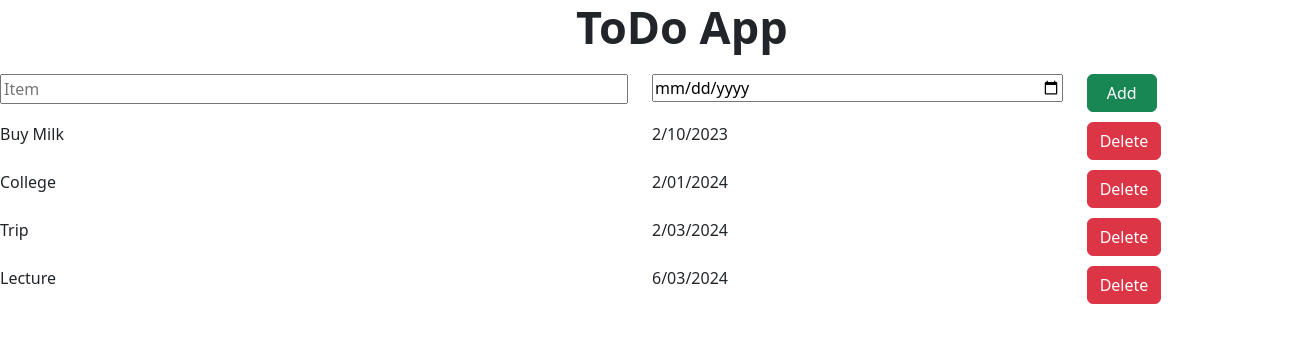
Repository: aditya-jha-kumar/To-Do-List-ReactApp
Page: /
An editor plug-in stored every save of this project. The page is shown before and after a run of saves, followed by the edit.
The browser window is 1280 px wide. The page is 1292 px wide, then 1280 px, then 1292 px, so the pictures cover 1292 px, including what lies to the right of the window. The pictures show the whole page.
The project was rebuilt for these pictures with package versions that can differ from the ones it lists, and the page was loaded fresh each time. Also part of the build but not shown: vite.config.js, src/components/WelcomeMessage.jsx.

Above is the page before, as saved 2023-12-10 02:47:50.

After the next 2 saves:
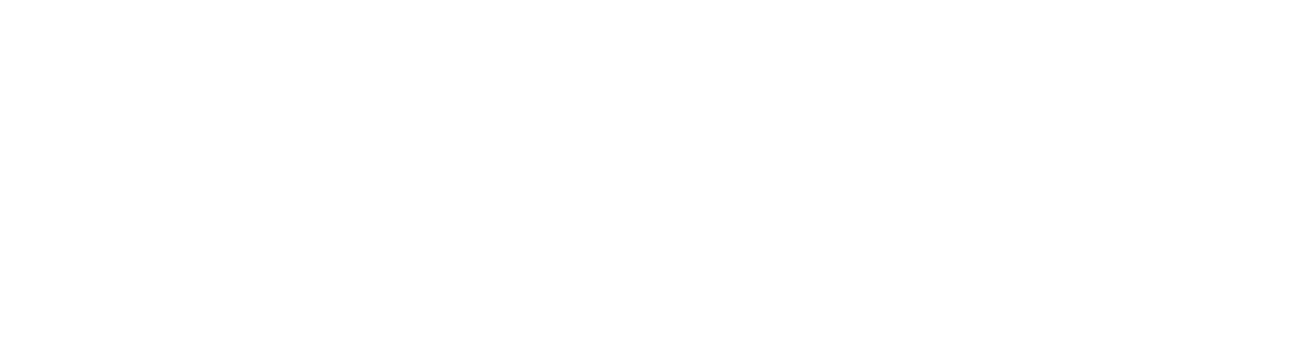
Console error: ReferenceError: initialTodoItems is not defined
The 2 saves are shown as one change because they came seconds apart.
The last was saved 39 s later.
--- a/src/App.jsx
+++ b/src/App.jsx
@@ -5,24 +5,6 @@
 import "./App.css";
 import { useState } from "react";
 function App() {
-  const initialTodoItems = [
-    {
-      name: "Buy Milk",
-      dueDate: "2/10/2023",
-    },
-    {
-      name: "College",
-      dueDate: "2/01/2024",
-    },
-    {
-      name: "Trip",
-      dueDate: "2/03/2024",
-    },
-    {
-      name: "Lecture",
-      dueDate: "6/03/2024",
-    },
-  ];
   const [todoItems, setTodoItems] = useState(initialTodoItems);
   const handleNewItem = (itemName, itemDueDate) => {
     console.log(`New Item Added : ${itemName}, Date : ${itemDueDate}`);

After the save that followed:
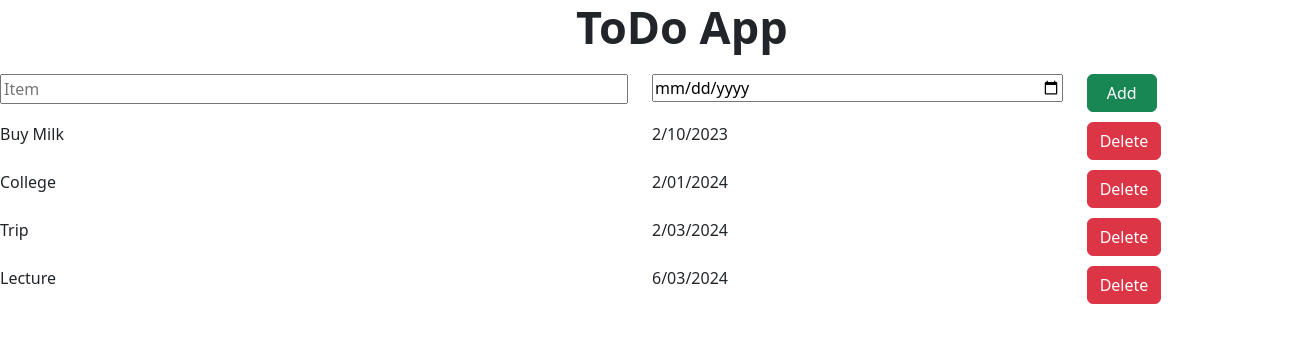
The error is gone.
Saved 7 s later.
--- a/src/App.jsx
+++ b/src/App.jsx
@@ -5,6 +5,24 @@
 import "./App.css";
 import { useState } from "react";
 function App() {
+  const initialTodoItems = [
+    {
+      name: "Buy Milk",
+      dueDate: "2/10/2023",
+    },
+    {
+      name: "College",
+      dueDate: "2/01/2024",
+    },
+    {
+      name: "Trip",
+      dueDate: "2/03/2024",
+    },
+    {
+      name: "Lecture",
+      dueDate: "6/03/2024",
+    },
+  ];
   const [todoItems, setTodoItems] = useState(initialTodoItems);
   const handleNewItem = (itemName, itemDueDate) => {
     console.log(`New Item Added : ${itemName}, Date : ${itemDueDate}`);
